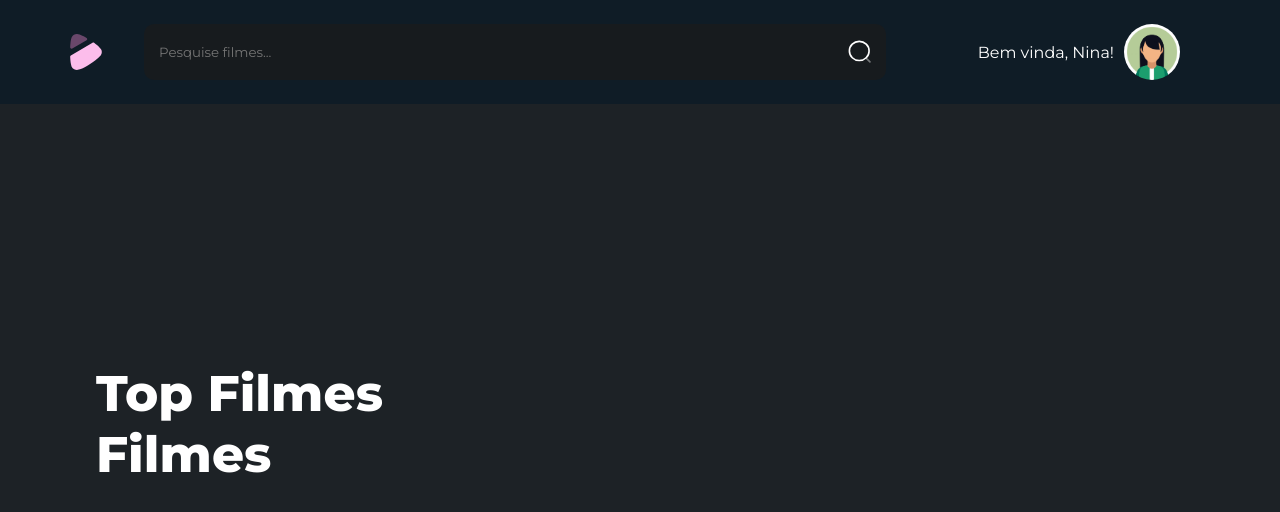
Repository: MilenaMelo/Cubos-Flix
Page: / (app in cubos-flix/)
The author's editor kept a copy of each file at every save. The page is drawn from the files as they stood at one save, then again after the next save.
The browser window is 1280 px wide. The pictures show the whole page.
The project was rebuilt for these pictures with package versions that can differ from the ones it lists, and the page was loaded fresh each time.

Above is the page before, as saved 2021-06-19 14:48:12.

### cubos-flix/public/index.html
<!DOCTYPE html>
<html lang="en">
  <head>
    <meta charset="utf-8" />
    <link rel="icon" href="%PUBLIC_URL%/favicon.ico" />
    <meta name="viewport" content="width=device-width, initial-scale=1" />
    <meta name="theme-color" content="#000000" />
    <meta
      name="description"
      content="Web site created using create-react-app"
    />
    <link rel="apple-touch-icon" href="%PUBLIC_URL%/logo192.png" />
    <link rel="manifest" href="%PUBLIC_URL%/manifest.json" />
    <title>Cubos Flix</title>
  </head>
  <body>
    <noscript>You need to enable JavaScript to run this app.</noscript>
    <div id="root"></div>

  </body>
</html>

### cubos-flix/src/App.js
import './App.css';
import Navbar from './components/Navbar';

function App() {
  return (
    <div className="app">
      <header className="header">
        <Navbar/>
      </header>
      <section className="content">
        <section className="top-movies">
          <h1>Top Filmes</h1>

        </section>
        <section className="all-movies">
          <h1>Filmes</h1>

        </section>

      </section>
      <section className="side-content">

      </section>
    </div>
  );
}

export default App;

### cubos-flix/src/App.css
@import url('https://fonts.googleapis.com/css2?family=Montserrat:wght@400;600;800&display=swap');

/* ----------- SCREEN ----------- */
* {
    margin: 0px;
    font-family: 'Montserrat', sans-serif;
    color: #FFFFFF;
}

h1 {
    font-size: 50px;
}

/* ----------- APPLICATION ----------- */

.app {
    height: 100vh;
    display: grid;
    grid-template-areas: 'header header'
                         'content side-content';
    grid-gap: 24px 50px;
    background-color: #1D2226;
}

.header {
    grid-area: header;
}

.content {
    grid-area: content;
}

.side-content {
    grid-area: side-content;
}

/* ----------- MAIN CONTENT ----------- */

.content {
    padding-left: 96px;
}

### cubos-flix/src/components/Navbar/index.js
import './style.css'
import logo from '../../assets/images/logo.svg'
import search_icon from '../../assets/images/search-icon.svg'
import profile_img from '../../assets/images/profile.jpg'


function Navbar() {
    return (
        <header className='navbar'>
            <img className='logo' src={logo} alt="logo"/>
            <div className='search-container'>
                <input className='search-input' type="text" name="Pesquisa" placeholder="Pesquise filmes..."/>
                <img className='search-img' src={search_icon} alt="Input de pesquisa"/>
            </div>
            <div className='profile-container'>
                <span>Bem vinda, Nina!</span>
                <img className='profile-img' src={profile_img} alt="Foto de perfil"/>
            </div>
        </header>
    );
}

export default Navbar;

### cubos-flix/src/components/Navbar/style.css
/* ----------- NAVBAR ----------- */

.navbar {
    display: flex;
    padding: 24px 100px 24px 70px;
    background: #0F1C26;
}

/* ----------- LOGO ----------- */

.logo {
    margin-right: 42px;
}

/* ----------- SEARCH ----------- */

.search-container {
    display: flex;
    flex-grow: 1;
    position: relative;
    margin-right: 92px;
}

.search-input {
    width: 100%;
    outline: 0;
    padding: 16px 14px;
    border-radius: 10px;
    border: 1px solid transparent;
    background: #171B1E;
}

.search-input:hover {
    border: 1px solid #8C8C8C;
}

.search-input:focus {
    border: 1px solid #FDFDFD;
}

.search-img {
    height: 24px;
    cursor: pointer;
    align-self: center;
    position: absolute;
    right: 15px;
}

/* ----------- PROFILE ----------- */

.profile-container {
    display: flex;
    align-items: center;
    gap: 10px;
}

.profile-img {
    height: 56px;
    border-radius: 50%;
}

Loaded but not shown: cubos-flix/src/index.js (common file)

After the next save:
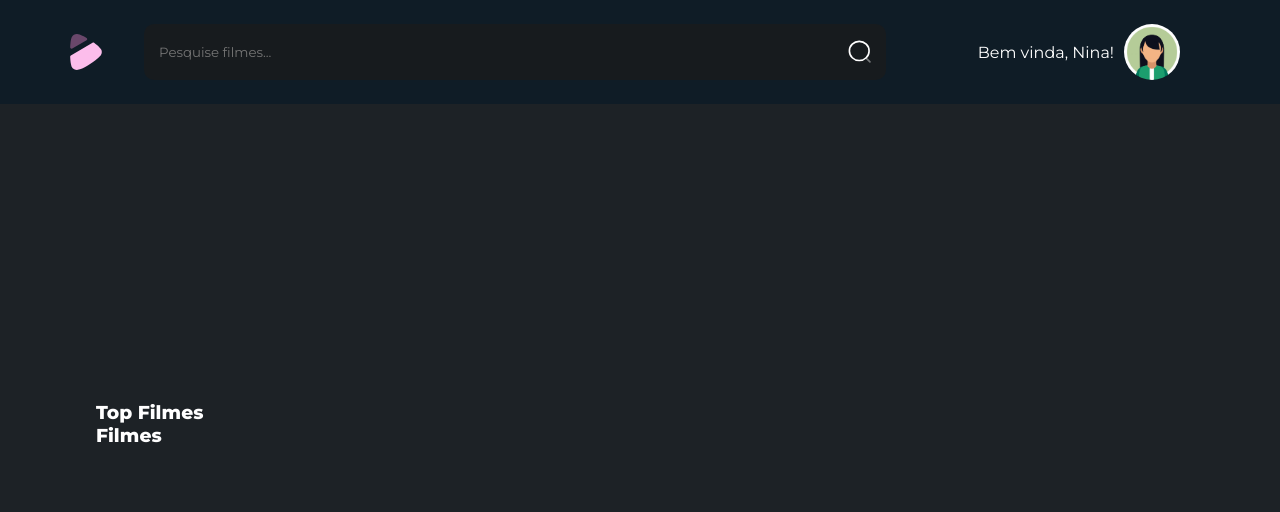
Saved 5 s later.
--- a/cubos-flix/src/App.css
+++ b/cubos-flix/src/App.css
@@ -5,10 +5,6 @@
     margin: 0px;
     font-family: 'Montserrat', sans-serif;
     color: #FFFFFF;
-}
-
-h1 {
-    font-size: 50px;
 }
 
 /* ----------- APPLICATION ----------- */
